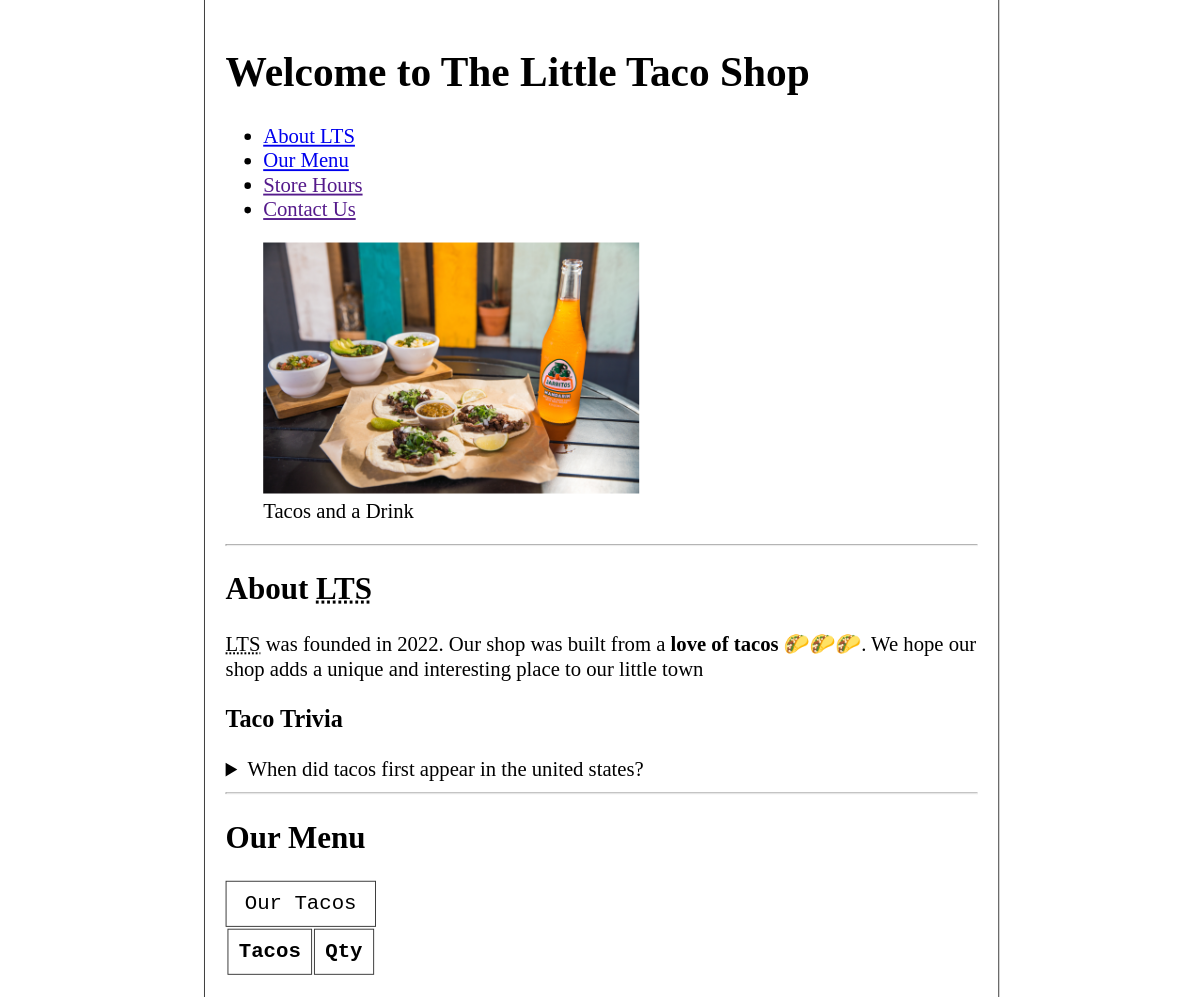
Repository: Israa-Odeh/html-basics-project
Page: index.html
The author's editor kept a copy of each file at every save. The page is drawn from the files as they stood at one save, then again after a run of saves.
The browser window is 1280 px wide. The pictures show the whole page, at 94% of full size.

Above is the page before, as saved 2024-08-20 02:03:27.

After the next 2 saves:
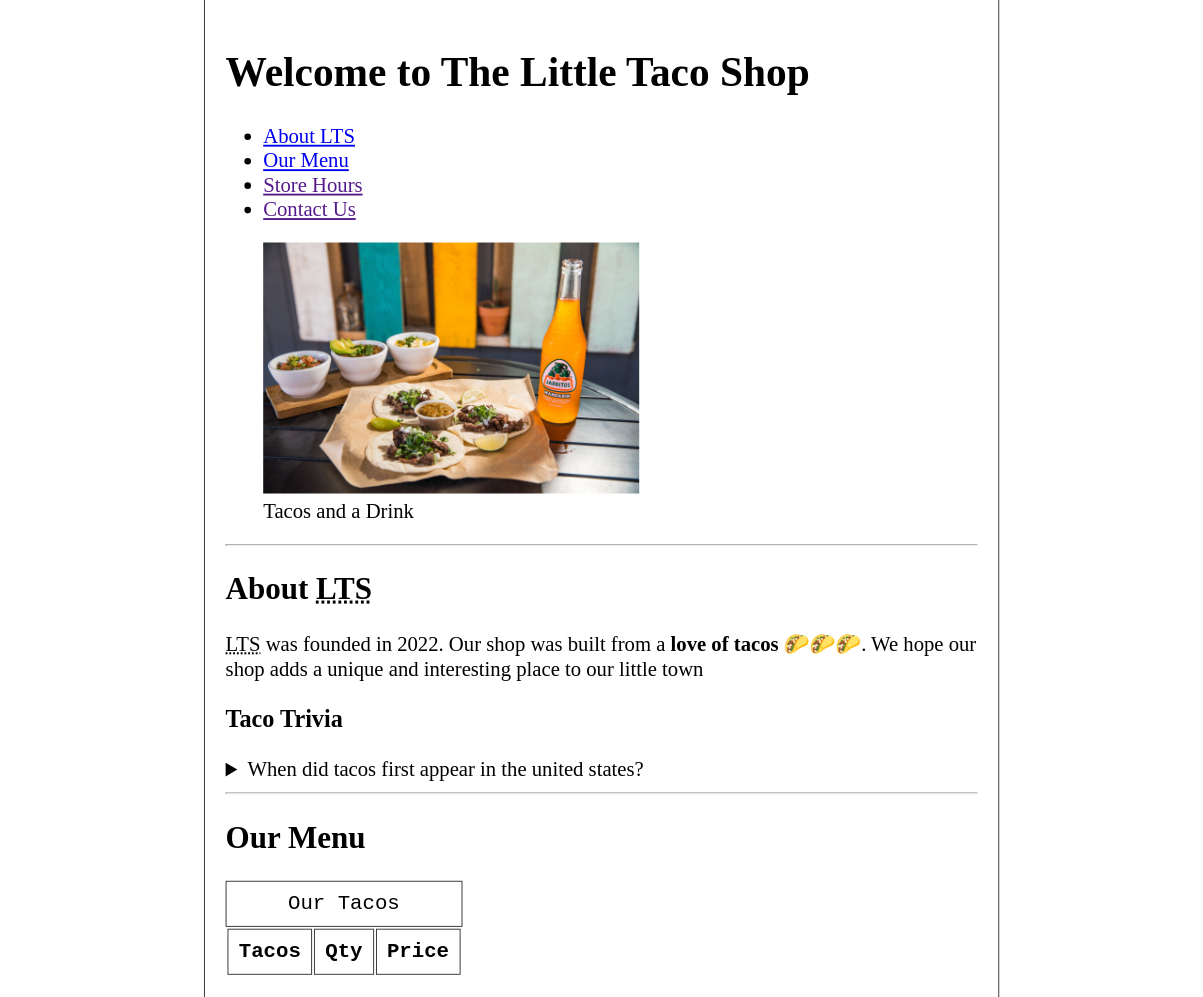
The 2 saves are shown as one change because they came seconds apart.
The last was saved 8 s later.
--- a/index.html
+++ b/index.html
@@ -68,6 +68,7 @@
                 <thead>
                     <th>Tacos</th>
                     <th>Qty</th>
+                    <th>Price</th>
 
                 </thead>
 
